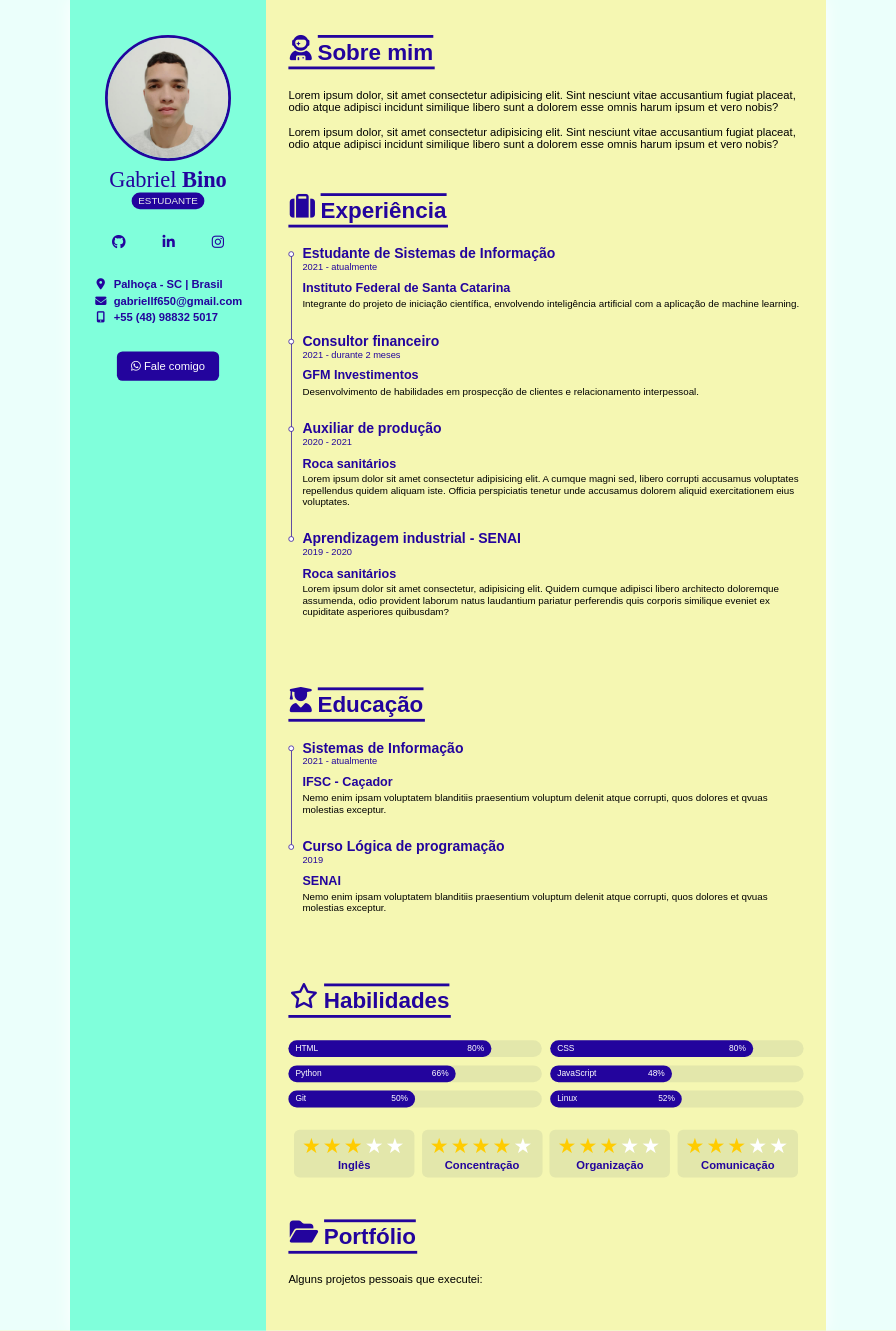
Repository: gabrielbino/projects-dio
Page: curriculoResponsivo/index.html
These files come from the project's save history. The page is drawn as it stood at one moment and after the next save; the edit follows.
The browser window is 1280 px wide. The pictures show the whole page, at 70% of full size.
Some web libraries are served in a nearby version.

Above is the page before, as saved 2021-10-19 11:46:51.

After the next save:
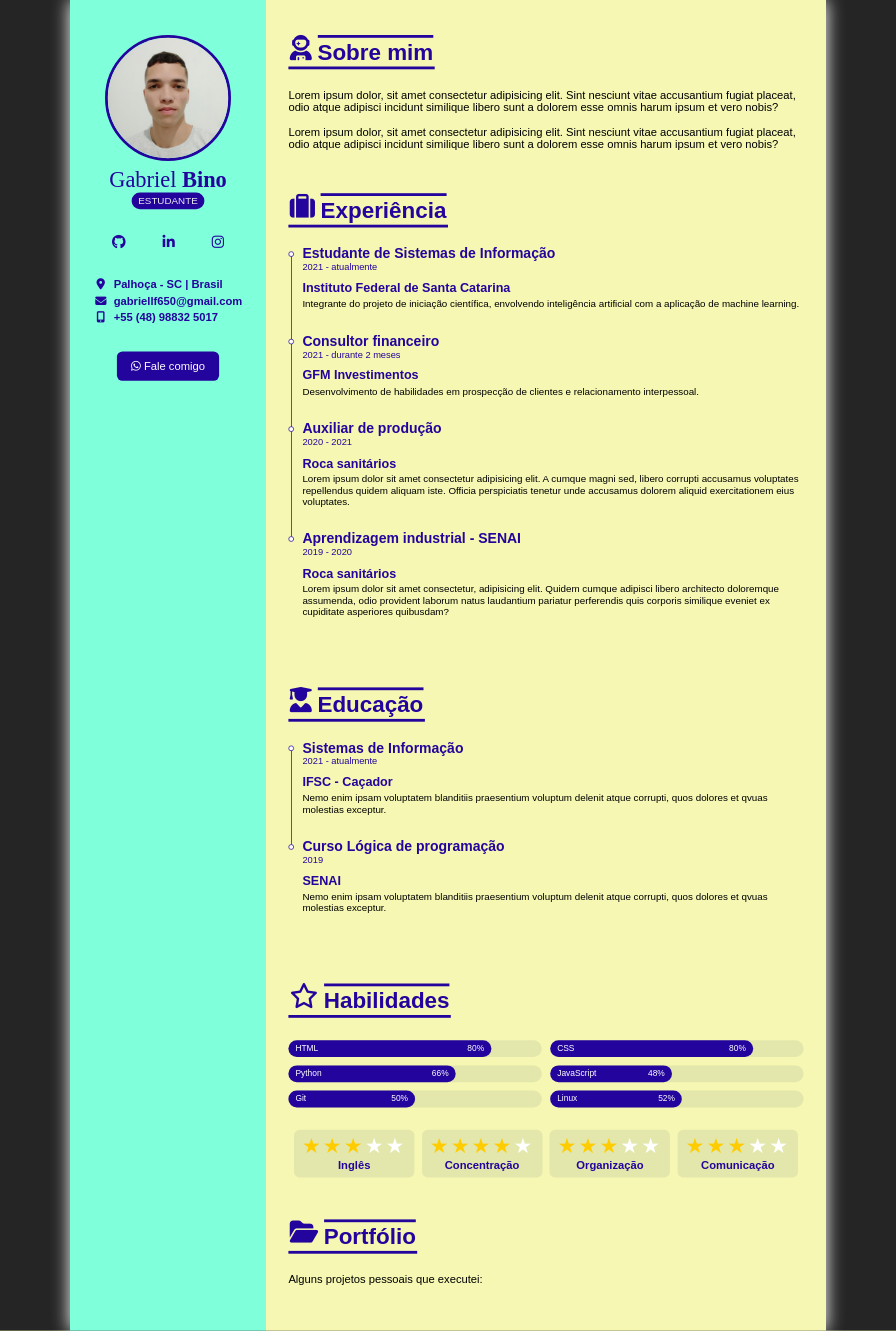
Saved 20 s later.
--- a/curriculoResponsivo/css/style.css
+++ b/curriculoResponsivo/css/style.css
@@ -9,13 +9,13 @@ img {
 }
 
 body {
-  background-color: #ebfffb;
+  background-color: #252525;
   color: black;
   font-family: "Fira Sans", sans-serif;
 }
 
 main {
-  background-color: #ebfffb;
+  background-color: #252525;
   box-shadow: 0 0 1.5rem rgb(255, 255, 255);
   display: flex;
   margin: 0 auto;
